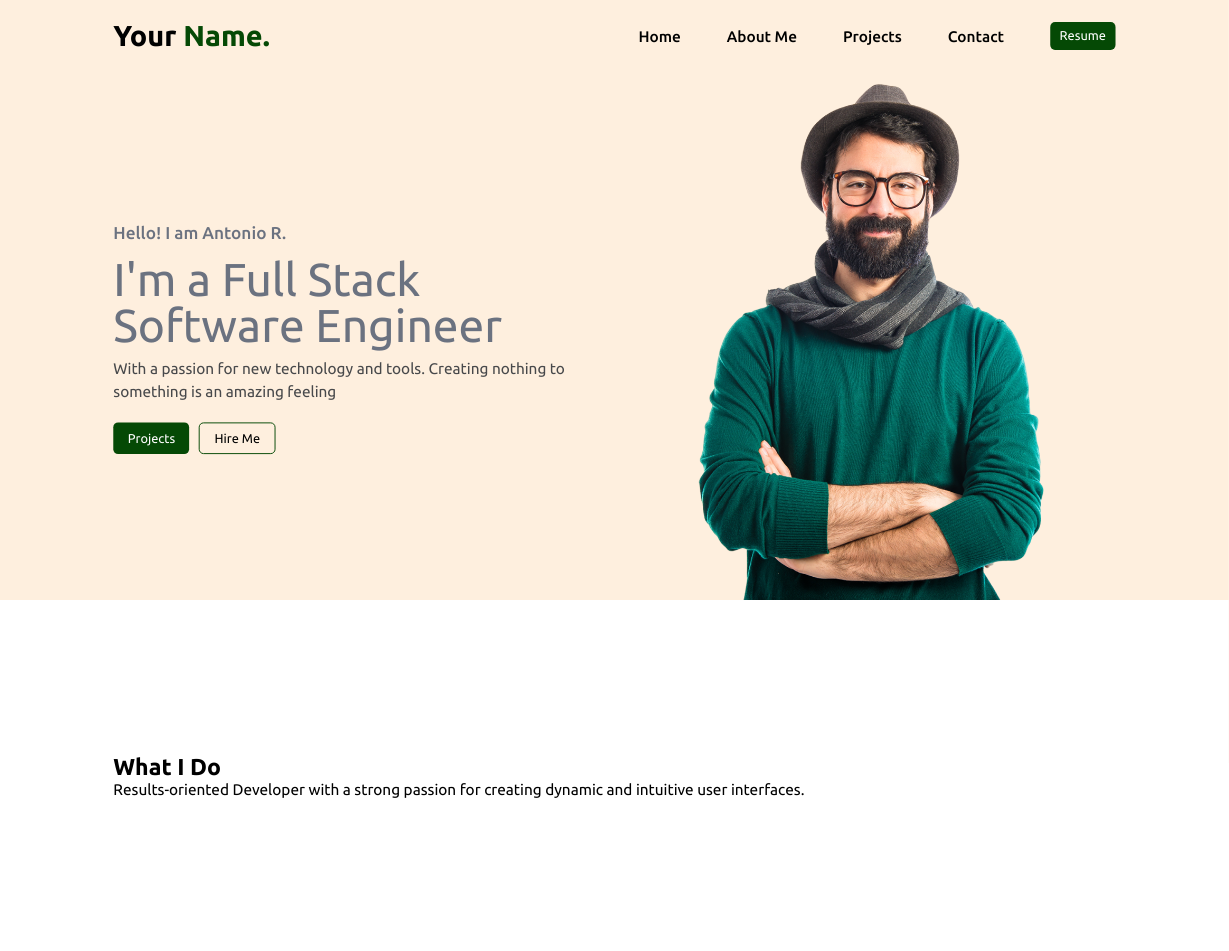
Repository: DevAntonioRogers/vanilla-portfolio
Page: index.html
These files come from the project's save history. The page is drawn as it stood at one moment and after the next save; the edit follows.
The browser window is 1280 px wide. The pictures show the whole page, at 96% of full size.

Above is the page before, as saved 2023-07-14 22:33:59.

After the next save:
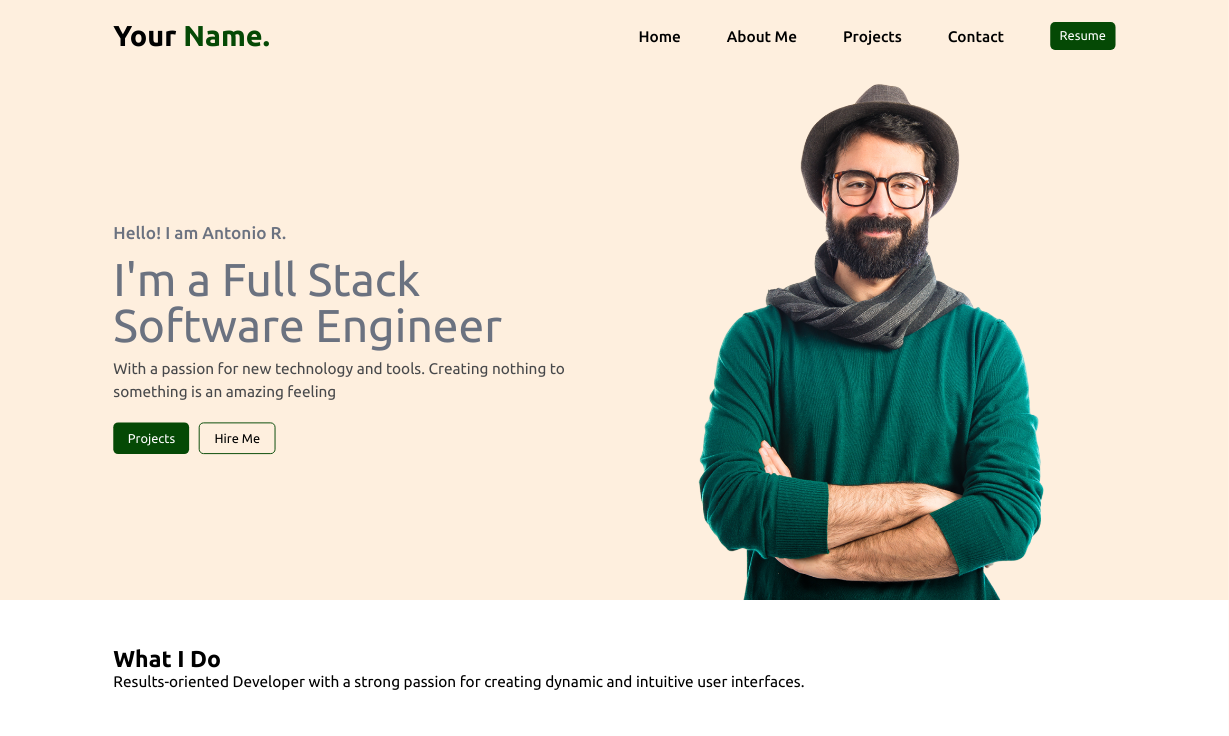
Saved 7 s later.
--- a/style.css
+++ b/style.css
@@ -132,5 +132,5 @@ nav {
 /* Skills Styles */
 
 .skills {
-  padding: 10rem 0;
+  padding: 3rem 0;
 }
